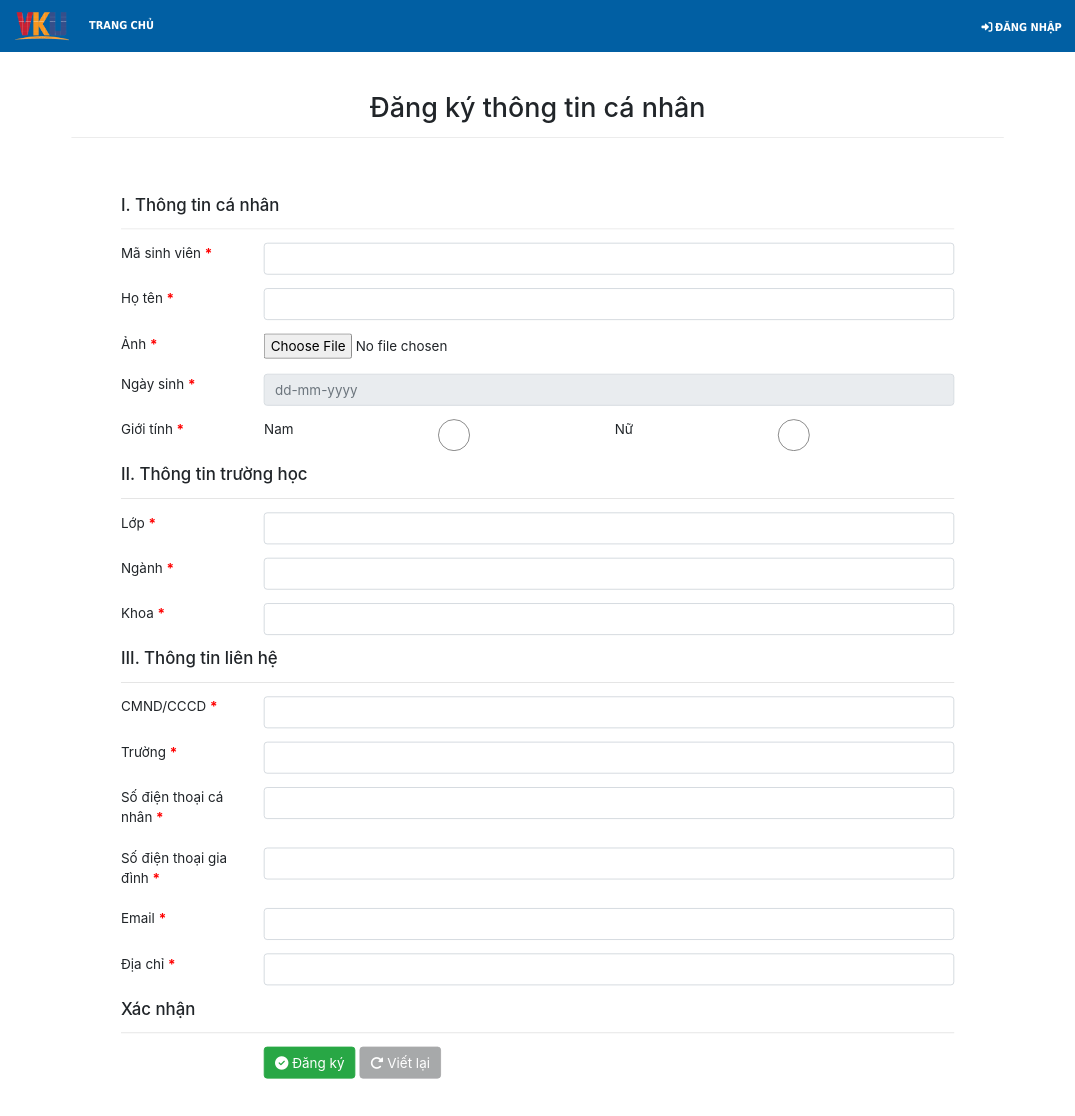
Repository: nguyenmanhtruongdat/javaServletFinalEx
Page: http://localhost/test/register-infor-student.jsp
The author's editor kept a copy of each file at every save. The page is drawn from the files as they stood at one save, then again after the next save.
The browser window is 1280 px wide. The pictures show the whole page, at 84% of full size.
Some web libraries are served in a nearby version. The page is served by Tomcat 9. Other server files are loaded and not shown.

Above is the page before, as saved 2022-07-06 14:20:46.

### vku/ktx/test/src/main/webapp/register-infor-student.jsp
<%@ page language="java" contentType="text/html; charset=UTF-8"
	pageEncoding="UTF-8"%>
<%@ taglib prefix="c" uri="http://java.sun.com/jsp/jstl/core"%>
<%@ page contentType="text/html; charset=UTF-8"%>
<!DOCTYPE html>
<html>
<head>
<link rel="stylesheet"
	href="https://stackpath.bootstrapcdn.com/bootstrap/4.3.1/css/bootstrap.min.css" />
<link rel="stylesheet"
	href="https://cdnjs.cloudflare.com/ajax/libs/font-awesome/6.1.1/css/all.min.css" />
<link rel="icon" type="image/x-icon" href="./favicons/favicon.ico">
<link rel="./faviconsapple-touch-icon" sizes="180x180"
	href="./favicons/apple-touch-icon.png">
<link rel="icon" type="image/png" sizes="32x32"
	href="./favicons/favicon-32x32.png">
<link rel="icon" type="image/png" sizes="16x16"
	href="./favicons/favicon-16x16.png">
<link rel="stylesheet" href="css/style.css" />
<title>Đăng ký thông tin cá nhân</title>
<link rel="stylesheet"
	href="https://code.jquery.com/ui/1.12.1/themes/base/jquery-ui.css" />
<style>
.btn-default {
	color: #ffffff;
	background-color: #a7a9aa;
	border-color: #a7a9aa;
}
</style>
<script src="https://code.jquery.com/jquery-1.12.4.js"></script>
<script src="https://code.jquery.com/ui/1.12.1/jquery-ui.js"></script>
<script>
      $(function () {
        $("#datepicker").datepicker({
          dateFormat: "dd/mm/yy",
        });
      });
    </script>
</head>
<body>
	<!-- nav starts  -->

	<nav class="navbar navbar-expand-lg navbar-light sticky-top"
		style="background-color: rgb(1, 95, 163)">
		<a class="navbar-brand" href="index.jsp"><img src="images/vku.png"
			alt="" width="66px" height="35px" /></a>
		<button class="navbar-toggler" type="button" data-toggle="collapse"
			data-target="#navbarColor03" aria-controls="navbarColor03"
			aria-expanded="false" aria-label="Toggle navigation">
			<span class="navbar-toggler-icon"></span>
		</button>

		<div class="collapse navbar-collapse" id="navbarColor03">
			<ul class="navbar-nav mr-auto">
				<li class="nav-item"><a class="nav-link" href="index.jsp">Trang
						chủ</a></li>
				<c:if test="${sessionScope.acc.isUser==1}">
					<li class="nav-item dropdown"><a
						class="nav-link dropdown-toggle" data-toggle="dropdown" href="#"
						role="button" aria-haspopup="true" aria-expanded="false">Đăng
							ký</a>
						<div class="dropdown-menu">
							<a class="dropdown-item" href="register-live.jsp">Đăng ký ở
								nội trú</a> <a class="dropdown-item"
								href="register-infor-student.jsp">Đăng ký thông tin cá nhân</a>
						</div></li>
				</c:if>

				<c:if test="${sessionScope.acc.isAdmin==1}">
					<li class="nav-item dropdown"><a
						class="nav-link dropdown-toggle" data-toggle="dropdown" href="#"
						role="button" aria-haspopup="true" aria-expanded="false">Quản
							lý</a>
						<div class="dropdown-menu">
							<a class="dropdown-item" href="quanlySV">Quản lý sinh viên</a> <a
								class="dropdown-item" href="">Quản lý phòng</a> <a
								class="dropdown-item" href="">Quản lý tài khoản</a>
						</div></li>
				</c:if>

				<c:if test="${sessionScope.acc.isUser==1}">
					<li class="nav-item dropdown"><a
						class="nav-link dropdown-toggle" data-toggle="dropdown" href="#"
						role="button" aria-haspopup="true" aria-expanded="false">Cập
							nhật thông tin</a>
						<div class="dropdown-menu">
							<a class="dropdown-item" href="booktour.jsp">Cập nhật thông
								tin ở nội trụ</a> <a class="dropdown-item" href="bookticket.jsp">Cập
								nhật thông tin các nhân</a>
						</div></li>
				</c:if>

				<c:if test="${sessionScope.acc.isAdmin==1}">
					<li class="nav-item dropdown"><a
						class="nav-link dropdown-toggle" data-toggle="dropdown" href="#"
						role="button" aria-haspopup="true" aria-expanded="false">Thông
							báo</a>
						<div class="dropdown-menu">
							<a class="dropdown-item" href="">Duyệt đăng ký phòng</a> <a
								class="dropdown-item" href="">Liên lạc sinh viên, phụ huynh</a>
							<a class="dropdown-item" href="">Thông báo nộp tiền</a> <a
								class="dropdown-item" href="">Thông báo hết hạn</a>
						</div></li>
				</c:if>

				<c:if test="${sessionScope.acc.isUser==1}">
					<li class="nav-item dropdown"><a
						class="nav-link dropdown-toggle" data-toggle="dropdown" href="#"
						role="button" aria-haspopup="true" aria-expanded="false">Biểu
							mẫu</a>
						<div class="dropdown-menu">
							<a class="dropdown-item" href="booktour.jsp">Đơn đăng ký ở
								nội trú</a> <a class="dropdown-item" href="bookticket.jsp">Hợp
								đồng</a> <a class="dropdown-item" href="bookticket.jsp">Quy định</a>
						</div></li>
				</c:if>

				<c:if test="${sessionScope.acc!=null}">
					<li class="nav-item"><a class="nav-link" href="index.jsp">Xin
							chào ${sessionScope.acc.username} !</a></li>
				</c:if>
			</ul>
			<c:if test="${sessionScope.acc==null}">
				<ul class="nav navbar-nav navbar-right">
					<li><a href="login.jsp"><i
							class="fa-solid fa-right-to-bracket"></i>Đăng nhập</a></li>
				</ul>
			</c:if>
			<c:if test="${sessionScope.acc!=null}">
				<ul class="nav navbar-nav navbar-right">
					<li><a href="logout"><i
							class="fa-solid fa-right-to-bracket"></i>Đăng xuất</a></li>
				</ul>
			</c:if>
		</div>
	</nav>
	<!-- nav end -->

	<div class="center" style="margin: 20 auto; width: 100%">
		<form action="./execSignup" method="post"
			enctype="multipart/form-data">
			<div class="container">
				<div class="text-center mt-5">
					<h2>Đăng ký thông tin cá nhân</h2>
					<hr>
				</div>

				<div class="row">
					<div class="col-lg-12 mx-auto">
						<div class="card mt-2 mx-auto p-4" style="border: none">
							<div class="card-body">
								<div class="container">
									<div class="controls">
										<h5>I. Thông tin cá nhân</h5>
										<hr>
										<div class="row">
											<div class="col-md-2">
												<div class="form-group">
													<label for="masv">Mã sinh viên <span><span>*</span></span>
													</label>
												</div>
											</div>
											<div class="col-md-10">
												<div class="form-group">
													<input type="text" name="masv" class="form-control"
														id="masv" required />
												</div>
											</div>
										</div>
										<div class="row">
											<div class="col-md-2">
												<div class="form-group">
													<label for="hoten">Họ tên <span><span>*</span></span>
													</label>
												</div>
											</div>
											<div class="col-md-10">
												<div class="form-group">
													<input type="text" id="hoten" class="form-control"
														name="hoten" required />
												</div>
											</div>
										</div>
										<div class="row">
											<div class="col-md-2">
												<div class="form-group">
													<label for="img">Ảnh <span><span>*</span></span>
													</label>
												</div>
											</div>
											<div class="col-md-10">
												<div class="form-group">
													<input type="file" id="img" name="img" accept="image/*" />
												</div>
											</div>
										</div>
										<div class="row">
											<div class="col-md-2">
												<div class="form-group">
													<label for="ngaysinh">Ngày sinh <span>*</span>
													</label>
												</div>
											</div>
											<div class="col-md-10">
												<div class="form-group">
													<input type="text" readonly="readonly" name="dob"
														placeholder="dd-mm-yyyy" class="form-control"
														id="datepicker" onclick="datepicker()" />
												</div>
											</div>
										</div>
										<div class="row">
											<div class="col-md-2">
												<div class="form-group">
													<label for="gioitinh">Giới tính <span>*</span>
													</label>
												</div>
											</div>
											<div class="col-md-10">
												<div class="form-group" style="display: flex;">
														<label for="nam">Nam</label> <input type="radio" id="nam" name="gioitinh" value="1" required="required" class="form-control"
															id="gioitinh">
														<label for="nu">Nữ</label> <input type="radio" id="nu" name="gioitinh" value="0" required="required" class="form-control"
															id="gioitinh">
												</div>
											</div>
										</div>
										<h5>II. Thông tin trường học</h5>
										<hr>
										<div class="row">
											<div class="col-md-2">
												<div class="form-group">
													<label for="lop">Lớp <span>*</span></label>
												</div>
											</div>
											<div class="col-md-10">
												<div class="form-group">
													<input type="text" name="lop" id="lop" class="form-control"
														required="required" />
												</div>
											</div>
										</div>
										<div class="row">
											<div class="col-md-2">
												<div class="form-group">
													<label for="nganh">Ngành <span>*</span></label>
												</div>
											</div>
											<div class="col-md-10">
												<div class="form-group">
													<input type="text" name="nganh" class="form-control"
														id="nganh" required="required" />
												</div>
											</div>
										</div>
										<div class="row">
											<div class="col-md-2">
												<div class="form-group">
													<label for="khoa">Khoa <span>*</span></label>
												</div>
											</div>
											<div class="col-md-10">
												<div class="form-group">
													<input type="text" name="khoa" class="form-control"
														id="khoa" required="required" />
												</div>
											</div>
										</div>
										<h5>III. Thông tin liên hệ</h5>
										<hr>
										<div class="row">
											<div class="col-md-2">
												<div class="form-group">
													<label for="cmnd">CMND/CCCD <span>*</span></label>
												</div>
											</div>
											<div class="col-md-10">
												<div class="form-group">
													<input type="text" name="cmnd" class="form-control"
														id="cmnd" required="required" />
												</div>
											</div>
										</div>
										<div class="row">
											<div class="col-md-2">
												<div class="form-group">
													<label for="truong">Trường <span>*</span></label>
												</div>
											</div>
											<div class="col-md-10">
												<div class="form-group">
													<input type="text" name="truong" class="form-control"
														id="truong" required="required" />
												</div>
											</div>
										</div>
										<div class="row">
											<div class="col-md-2">
												<div class="form-group">
													<label for="sdt">Số điện thoại cá nhân <span>*</span>
													</label>
												</div>
											</div>
											<div class="col-md-10">
												<div class="form-group">
													<input type="text" name="sdtSV" class="form-control"
														id="sdt" required="required" />
												</div>
											</div>
										</div>
										<div class="row">
											<div class="col-md-2">
												<div class="form-group">
													<label for="sdt">Số điện thoại gia đình <span>*</span>
													</label>
												</div>
											</div>
											<div class="col-md-10">
												<div class="form-group">
													<input type="text" name="sdtPH" class="form-control"
														id="sdt" required="required" />
												</div>
											</div>
										</div>
										<div class="row">
											<div class="col-md-2">
												<div class="form-group">
													<label for="email">Email <span>*</span></label>
												</div>
											</div>
											<div class="col-md-10">
												<div class="form-group">
													<input type="email" name="email" class="form-control"
														id="email" required="required" />
												</div>
											</div>
										</div>
										<div class="row">
											<div class="col-md-2">
												<div class="form-group">
													<label for="diachi">Địa chỉ <span>*</span></label>
												</div>
											</div>
											<div class="col-md-10">
												<div class="form-group">
													<input type="text" name="diachi" class="form-control"
														id="diachi" required="required" />
												</div>
											</div>
										</div>
										<h5>Xác nhận</h5>
										<hr>
										<div class="row">
											<div class="col-md-2"></div>
											<div class="col-md-10">
												<button type="submit" class="btn btn-success">
													<i class="fa-solid fa-circle-check"></i> Đăng ký
												</button>
												<button type="reset" class="btn btn-default">
													<i class="fa-solid fa-rotate-right"></i> Viết lại
												</button>
											</div>
										</div>
									</div>
								</div>
							</div>
						</div>
						<!-- /.8 -->
					</div>
					<!-- /.row-->
				</div>
			</div>
		</form>
	</div>
	<script type="text/javascript" src="js/bootstrap.min.js"></script>
</body>
</html>

### vku/ktx/test/src/main/webapp/css/style.css
@import
	url('https://fonts.googleapis.com/css2?family=Permanent+Marker&display=swap')
	;

html {
	scroll-behavior: smooth;
}

.center {
	margin: 0 auto;
	width: 100%;
}

.preloading {
	position: fixed;
	top: 0;
	left: 0;
	width: 100%;
	height: 100%;
	background: #ffffff no-repeat center center !important;
	background-size: 10%;
	z-index: 9999;
	display: flex;
	justify-content: center;
	align-items: center;
}

.divider:after, .divider:before {
	content: "";
	flex: 1;
	height: 1px;
	background: none;
}

p {
	font-size: 20px;
}

input[type=submit] {

}

span {
	color: red !important;
}

span {
	color: red;
	font-weight: bold;
}

.navbar-light .navbar-nav .nav-link, #navbarColor03>ul.nav.navbar-nav.navbar-right>li>a
	{
	color: white;
}

nav ul li a {
	font-family: "bebasneue", Tahoma, Arial, sans-serif !important;
	text-transform: uppercase;
	font-weight: bold;
	font-size: 13px;
}

#navbarColor03>ul.nav.navbar-nav.navbar-right>li>a>i:before {
	padding: 3px
}

#navbarColor03>form {
	width: 130px;
}

#navbarColor03>form>div>a {
	color: white;
}

a:hover {
	text-decoration: none !important;
}

body>div>div>form>div>div:nth-child(4)>a {
	width: 370px;
	height: 29px;
}

.btn:after {
	padding: 5px;
}

.btn-default {
	color: #ffffff;
	background-color: #a7a9aa;
	border-color: #a7a9aa;
}

Loaded but not shown: vku/ktx/test/src/main/webapp/js/bootstrap.min.js (library)

After the next save:
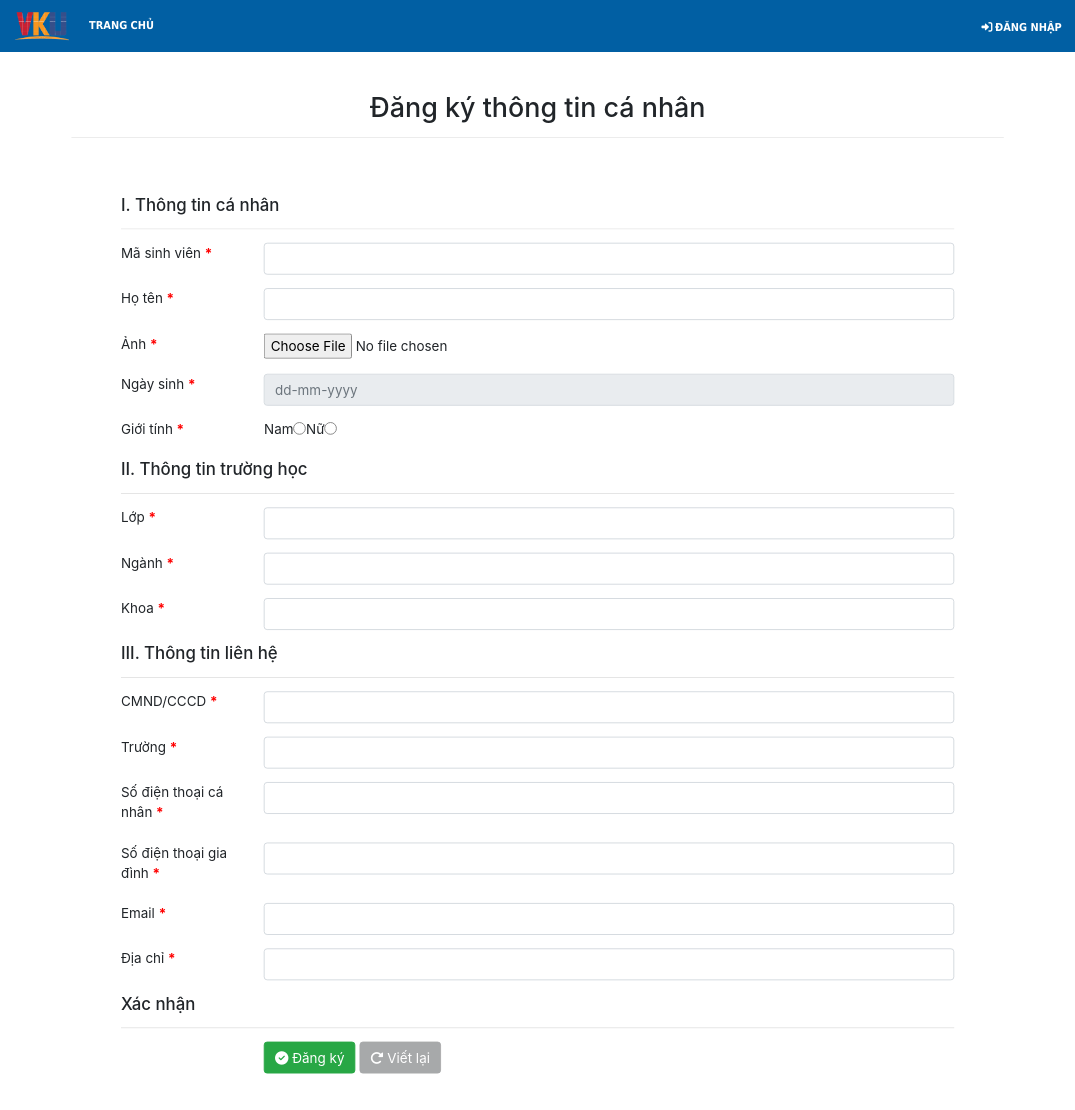
Saved 88 s later.
--- a/vku/ktx/test/src/main/webapp/register-infor-student.jsp
+++ b/vku/ktx/test/src/main/webapp/register-infor-student.jsp
@@ -26,6 +26,13 @@
 	background-color: #a7a9aa;
 	border-color: #a7a9aa;
 }
+input[type=checkbox], input[type=radio] {
+    /* box-sizing: border-box; */
+    font-size: 5px;
+    margin: 0;
+    padding: 0;
+    width: 15px;
+}
 </style>
 <script src="https://code.jquery.com/jquery-1.12.4.js"></script>
 <script src="https://code.jquery.com/ui/1.12.1/jquery-ui.js"></script>
